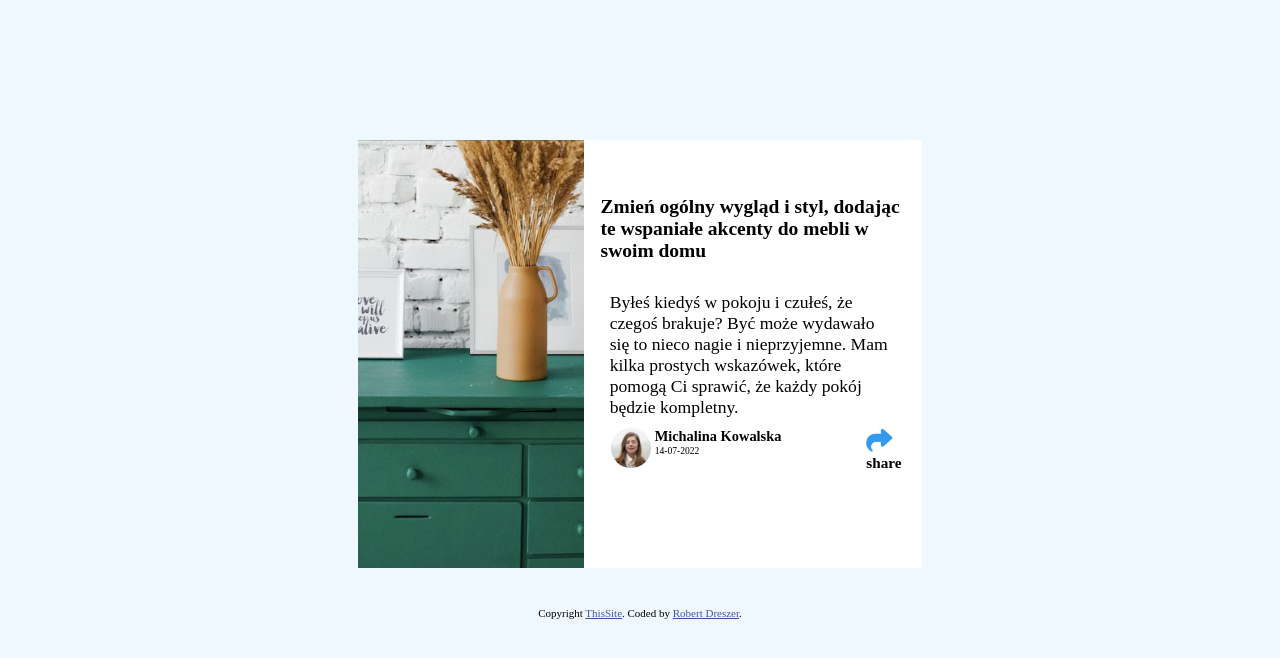
Repository: RobertDsr/komponent-podgl-du-produktu
Page: index.html
These files come from the project's save history. The page is drawn as it stood at one moment and after the next save; the edit follows.
The browser window is 1280 px wide. The pictures show the whole page.
Some web libraries are served in a nearby version. The style sheet was rebuilt from its Sass, Less or Tailwind sources for each picture, by a compiler version that may differ from the author's.

Above is the page before, as saved 2022-07-14 13:58:22.

### index.html
<!DOCTYPE html>
<html lang="pl">

<head>
  <meta charset="UTF-8">
  <meta name="viewport" content="width=device-width, initial-scale=1.0">
  <!-- displays site properly based on user's device -->

  <link rel="icon" type="image/png" sizes="32x32" href="./images/favicon-32x32.png">

  <script src="https://kit.fontawesome.com/f1983936fd.js" crossorigin="anonymous"></script>

  <title>Article preview component</title>

  <link rel="stylesheet" href="./design/css/main.min.css">
</head>

<body>

  <div class="wrapper">
    <div class="columns">
      <div class="columnLeft"></div>
      <div class="columnRight">
        <section class="articleDescription">
          <h1 class="Title">Zmień ogólny wygląd i styl, dodając te wspaniałe akcenty do mebli w swoim domu</h1>
          <p>Byłeś kiedyś w pokoju i czułeś, że czegoś brakuje? Być może wydawało się to nieco nagie i nieprzyjemne. Mam
            kilka prostych wskazówek, które pomogą Ci sprawić, że każdy pokój będzie kompletny.</p>
          <div class="author">
            <img src="./images/avatar-michelle.jpg" alt="Michelle" class="imgAuthor">
            <div class="divAuthorName">
              <h2 class="authorName">Michalina Kowalska</h2>
              <time datetime="2022-07-14">14-07-2022</time>
            </div>
            <div class="socialMedia">
              <i class="fa-solid fa-share fa-2x" style="color: #339af0;"></i>
              <div class="popup">
                <div class="mediaWrapper">
                  <h3>share</h3>
                  <img class="img1" src="./images/icon-facebook.svg" alt="ikona facebooka">
                  <img class="img2" src="./images/icon-twitter.svg" alt="ikona twittera">
                  <img class="img3" src="./images/icon-pinterest.svg" alt="ikona pinteresta">
                </div>
              </div>
            </div>
          </div>
        </section>
      </div>
    </div>
    <footer>
      <div class="attribution">
        Copyright <a href="https://robertdreszer.pl/" target="_blank">ThisSite</a>.
        Coded by <a href="https://robertdreszer.pl/">Robert Dreszer</a>.
      </div>
    </footer>
  </div>
</body>

</html>

### design/scss/main.scss
* {
    box-sizing: border-box;
    margin: 0;
    padding: 0;
}

body {
    font-size: 13px;
}
.wrapper {
    align-items: center;
    background-color: aliceblue;
    display: flex;
    flex-direction: column;
    justify-content: center;
    min-height: 100vh;
    min-width: 100vw;
    max-width: 1440px;
    overflow: hidden;
}

.columns {
    display: flex;
    padding: 3%;
    // justify-content: space-around;
    width: 50%;
}

.columnLeft {
    background: url(../../images/drawers.jpg) center/cover;
    width: 40%;
}

.columnRight {
    background-color: #fff;
    padding: 10% 3% 3%;
    width: 60%;
}

.title {
    font-size: 1.45rem;
}

.articleDescription p {
    font-size: 1.1rem;
    padding: 10% 3% 0;
}

.author {
    display: grid;
    grid-template-columns: 14% 76% 10%;
    padding: 10px;
    // align-items: flex-end;
}

.imgAuthor {
    width: 40px;
    height: 40px;
    border-radius: 50%;
}

.divAuthorName {
    font-size: 0.6rem;
    padding-left: 2%;
}

.socialMedia {
    right: 0;
}
.attribution { font-size: 11px; text-align: center; }
.attribution a { color: hsl(228, 45%, 44%); }

After the next save:
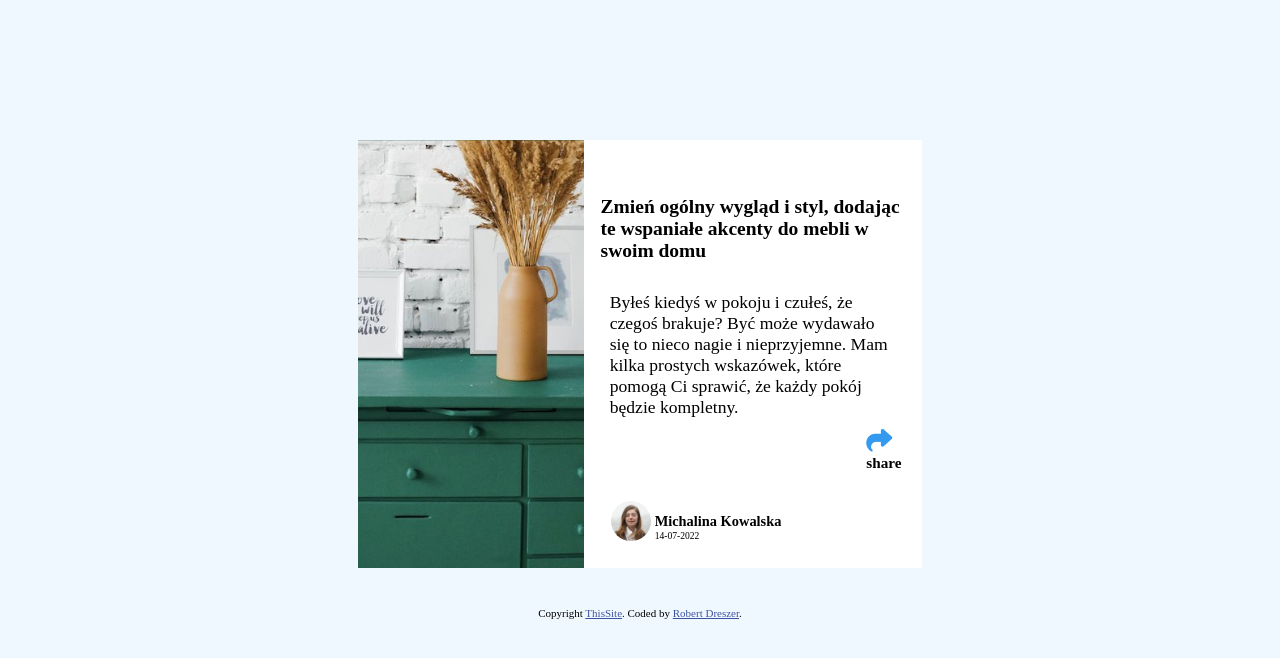
Saved 16 s later.
--- a/design/scss/main.scss
+++ b/design/scss/main.scss
@@ -50,7 +50,7 @@ body {
     display: grid;
     grid-template-columns: 14% 76% 10%;
     padding: 10px;
-    // align-items: flex-end;
+    align-items: flex-end;
 }
 
 .imgAuthor {
